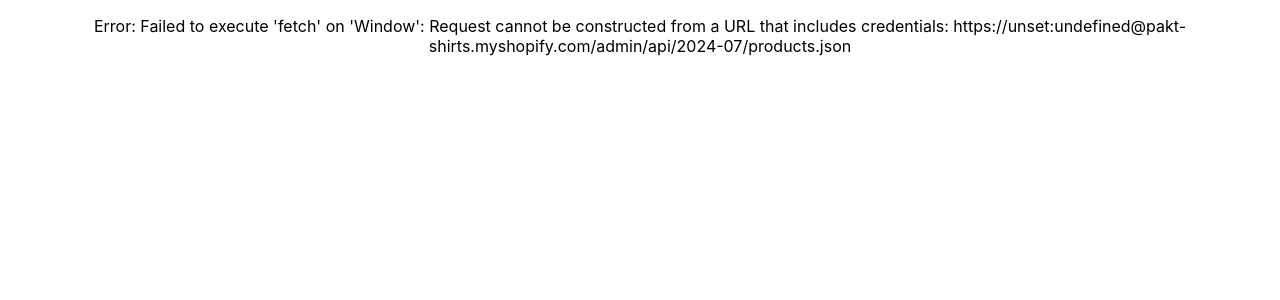
Repository: mitesh-avid-brio/Shopify-React-App
Page: /
These files come from the project's save history. The page is drawn as it stood at one moment and after the next save; the edit follows.
The browser window is 1280 px wide. The pictures show the whole page.
The page's requests for data from a server got no answer. The project was rebuilt for these pictures with package versions that can differ from the ones it lists, and the page was loaded fresh each time. No one was signed in, and anything a server would have sent is missing.

Above is the page before, as saved 2024-08-12 11:02:51.

After the next save:
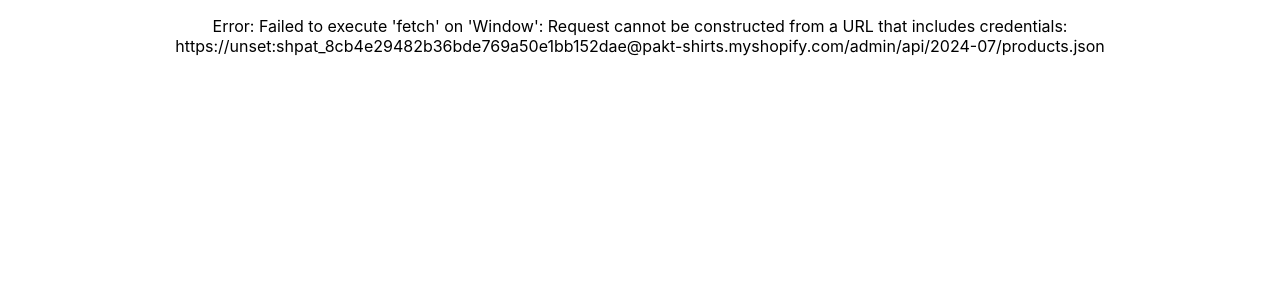
Saved 8 s later.
--- a/src/Components/Inventory.js
+++ b/src/Components/Inventory.js
@@ -8,7 +8,7 @@
 
     useEffect(() => {
         console.log("dad",`https://${process.env.API_KEY}:${process.env.Access_Token}@${process.env.URL}/api/2024-07/products.json`)
-        fetch(`https://${process.env.NEXT_PUBLIC_API_KEY}:${process.env.NEXT_PUBLIC_Access_Token}@${process.env.NEXT_PUBLIC_SHOPIFY_BASE_URL}/api/2024-07/products.json`,{
+        fetch(`https://${process.env.NEXT_PUBLIC_API_KEY}:${process.env.NEXT_PUBLIC_SHOPIFY_PASSWORD_KEY}@${process.env.NEXT_PUBLIC_SHOPIFY_BASE_URL}/api/2024-07/products.json`,{
             method: "GET",
             headers:{
                 "X-Shopify-Access-Token": "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",
